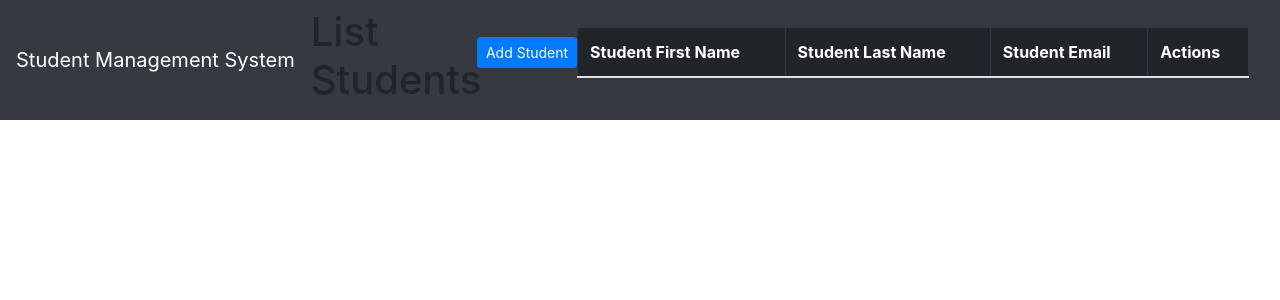
Repository: Nivansh/GoodReads2
Page: http://localhost/students
These files come from the project's save history. The page is drawn as it stood at one moment and after the next save; the edit follows.
The browser window is 1280 px wide. The pictures show the whole page.
The page is this project's Thymeleaf template; nobody is signed in. The template is opened directly, without the code that normally fills it, so the values that code supplies are empty.

Above is the page before, as saved 2023-10-06 13:06:20.

After the next save:
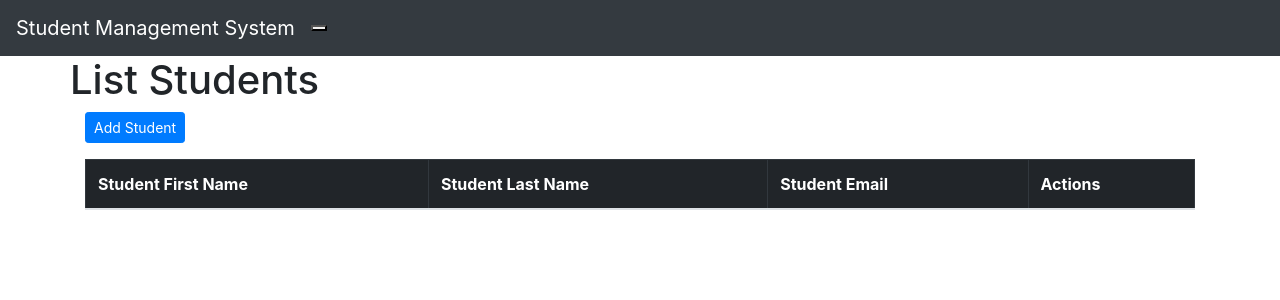
Saved 89 s later.
--- a/StudentManagementSystem/src/main/resources/templates/students.html
+++ b/StudentManagementSystem/src/main/resources/templates/students.html
@@ -9,13 +9,16 @@
 	crossorigin="anonymous">
 </head>
 <body>
-	<nav class="navbar navbar-expand-md bg-dark navbar-dark">
+<nav class="navbar navbar-expand-md bg-dark navbar-dark">
   <!-- Brand -->
   <a class="navbar-brand" href="#">Student Management System</a>
 
-  <button class="navbar-toggler" type="button" data-toggle="collapse" data-target="#collapsibleNavbar">
-    <span class="navbar-toggler-icon"></span>
+  <!-- Toggler/collapsibe Button -->
+  <button class="siddu-toggler" type="button" data-toggle="collapse" data-target="#collapsibleNavbar">
+    <span class="siddu-toggler-icon"></span>
   </button>
+
+</nav>
 
 	<div class ="container">
 		<div class = "row">
